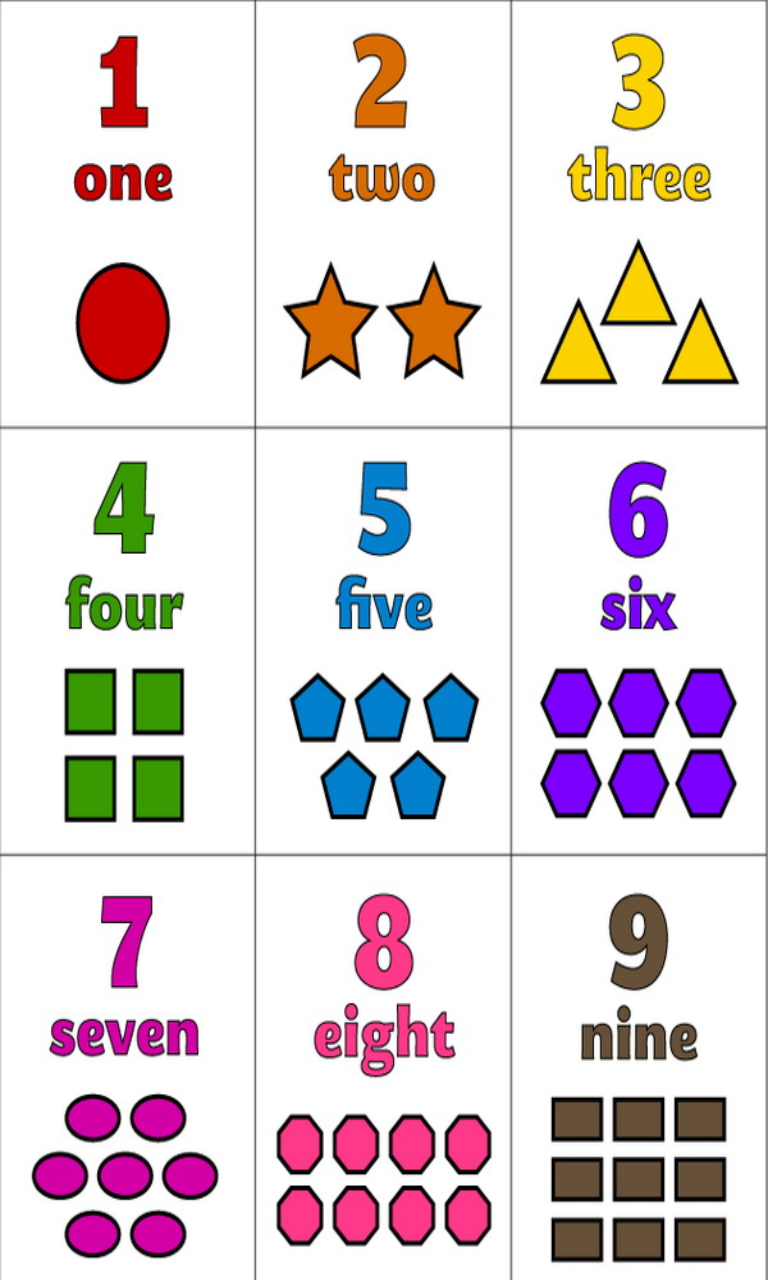
Repository: odil-akhmedov/FlashCardsAndroid
Layout: FlashCardsAOK/res/layout/activity_main.xml
These files come from the project's save history. The layout is drawn as it stood at one moment and after the next save; the edit follows.
It is drawn on a 768 x 1280 px phone screen (xhdpi) without system bars, with theme AppTheme; the app's code is not run. Lists and similar views that code fills are empty.

Above is the layout before, as saved 2014-06-30 20:07:45.

### FlashCardsAOK/res/layout/activity_main.xml
<LinearLayout xmlns:android="http://schemas.android.com/apk/res/android"
    xmlns:tools="http://schemas.android.com/tools"
    android:id="@+id/container"
    android:layout_width="match_parent"
    android:layout_height="match_parent"
    android:background="@drawable/main_bg"
    android:orientation="vertical"
    tools:context="com.wsu.flashcardsaok.MainActivity"
    tools:ignore="MergeRootFrame" >

    <RelativeLayout>

        <ListView
            android:id="@+id/menuList"
            android:layout_width="match_parent"
            android:layout_height="match_parent" />
    </RelativeLayout>

</LinearLayout>

Loaded but not shown: FlashCardsAOK/res/values/styles.xml (common file); FlashCardsAOK/res/values-v11/styles.xml (common file); FlashCardsAOK/res/values-v14/styles.xml (common file)

After the next save:
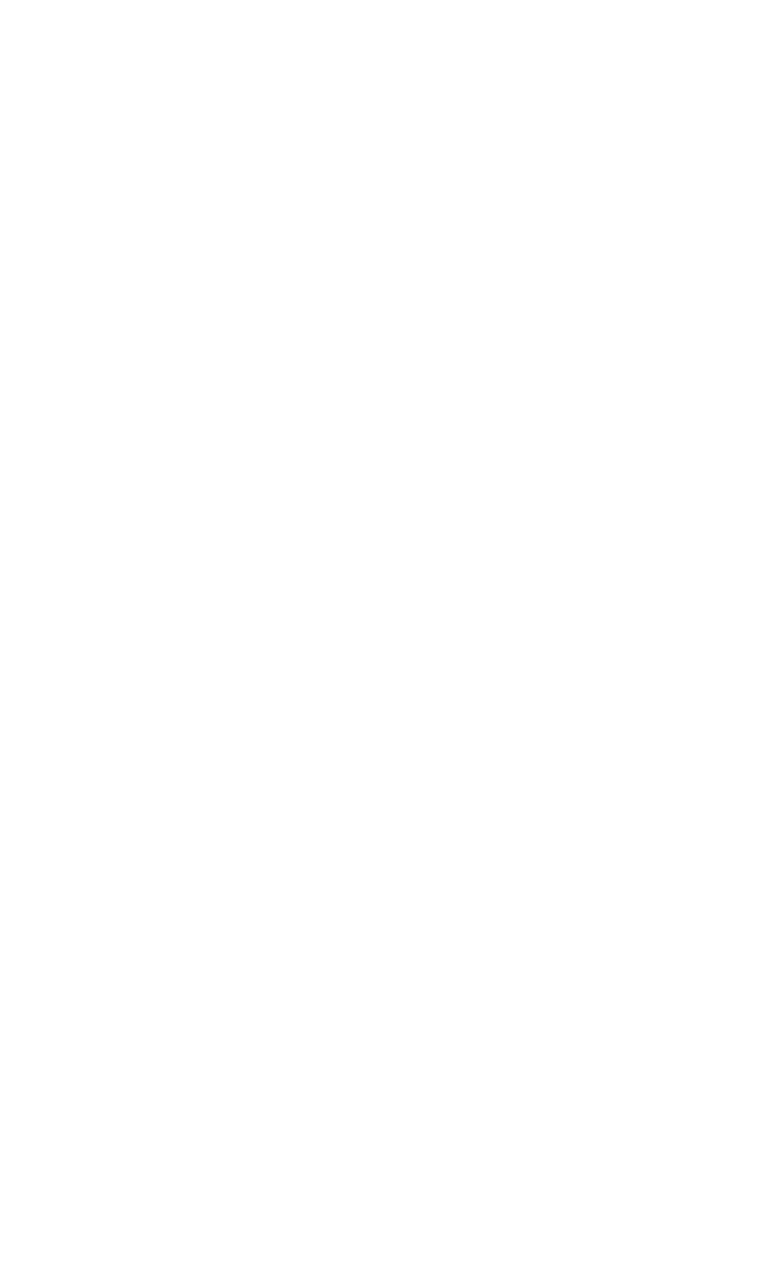
Saved 66 s later.
--- a/FlashCardsAOK/res/layout/activity_main.xml
+++ b/FlashCardsAOK/res/layout/activity_main.xml
@@ -3,17 +3,24 @@
     android:id="@+id/container"
     android:layout_width="match_parent"
     android:layout_height="match_parent"
-    android:background="@drawable/main_bg"
     android:orientation="vertical"
     tools:context="com.wsu.flashcardsaok.MainActivity"
     tools:ignore="MergeRootFrame" >
+	<!-- android:background="@drawable/main_bg" -->
 
-    <RelativeLayout>
+    <RelativeLayout
+
+        android:layout_width="wrap_content"
+        android:layout_height="wrap_content" >
 
         <ListView
             android:id="@+id/menuList"
             android:layout_width="match_parent"
-            android:layout_height="match_parent" />
+            android:layout_height="match_parent"
+            android:layout_alignParentLeft="true"
+            android:layout_alignParentTop="true" >
+        </ListView>
+
     </RelativeLayout>
 
 </LinearLayout>

After the 3 saves that followed:
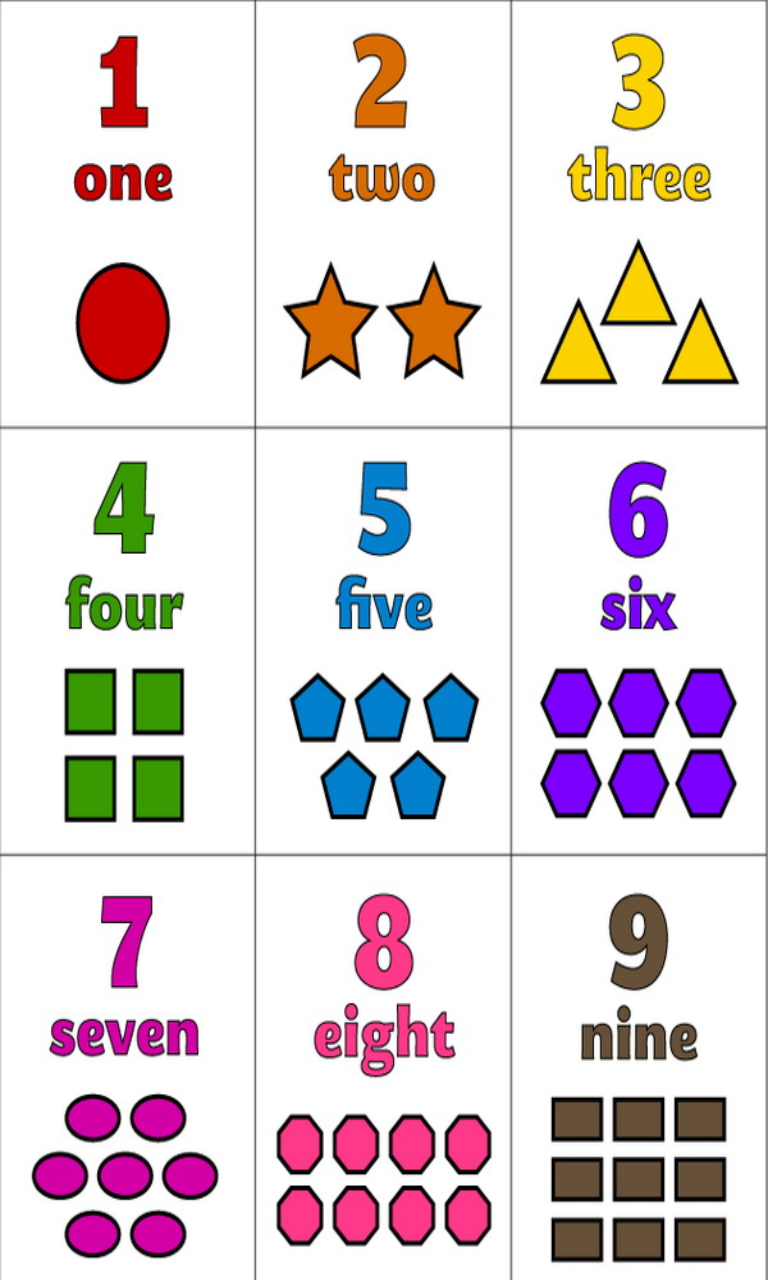
The 3 saves are shown as one change because 2 left the picture as it was.
The last was saved 38 s later.
--- a/FlashCardsAOK/res/layout/activity_main.xml
+++ b/FlashCardsAOK/res/layout/activity_main.xml
@@ -4,12 +4,13 @@
     android:layout_width="match_parent"
     android:layout_height="match_parent"
     android:orientation="vertical"
+    android:background="@drawable/main_bg"
     tools:context="com.wsu.flashcardsaok.MainActivity"
     tools:ignore="MergeRootFrame" >
 	<!-- android:background="@drawable/main_bg" -->
 
     <RelativeLayout
-
+     	android:layout_margin="100dp"
         android:layout_width="wrap_content"
         android:layout_height="wrap_content" >
 
